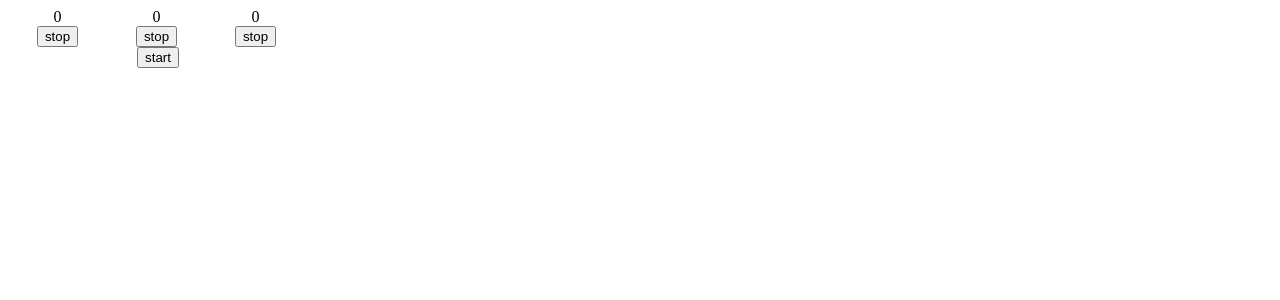
Repository: aoineco/todo-with-gamification
Page: random_reward/slot.html
These files come from the project's save history. The page is drawn as it stood at one moment and after the next save; the edit follows.
The browser window is 1280 px wide. The pictures show the whole page.

Above is the page before, as saved 2022-09-11 09:36:02.

### random_reward/slot.html
<!DOCTYPE html>
<html lang="en">
<head>
    <meta charset="UTF-8">
    <meta http-equiv="X-UA-Compatible" content="IE=edge">
    <meta name="viewport" content="width=device-width, initial-scale=1.0">
    <title>Document</title>
</head>
<body>
    <a href="http://localhost:8888/gamification/random_reward/"></a>
    <script>
        var carr = [{ f: false, v: 0, obj: null }, { f: false, v: 0, obj: null }, { f: false, v: 0, obj: null }];
        var nowStatus = false;
        window.addEventListener("load", function () {
            for (let i = 0; i < carr.length; i++) {
                carr[i].obj = document.getElementById("c" + (i + 1));
            }
            setInterval(interval, 20);//スロットの回転速度
        });
        function interval() {
            if (nowStatus) {
                for (let i = 0; i < carr.length; i++) {
                    if (carr[i].f) {
                        carr[i].v = (carr[i].v + 1) % 10;
                        carr[i].obj.innerHTML = carr[i].v;
                    }
                }
            }
        }
        function start() {
            if (nowStatus) { return; }//一度ストップした数字
            nowStatus = true;
            for (let i = 0; i < carr.length; i++) {
                carr[i].f = true;
            }
        }
        function stop(c) {
            if (nowStatus) {
                carr[c].f = false;
                if (!carr[0].f && !carr[1].f && !carr[2].f) {
                    nowStatus = false;
                    if (carr[0].v == carr[1].v && carr[1].v == carr[2].v) {
                        document.getElementById("char").innerHTML = "あたり";
                    } else {
                        document.getElementById("char").innerHTML = "はずれ";
                    }
                }
            }
        }
    </script>

    <style>
        .w33 {
            width: 33%;
            text-align: center;
        }

        .w100 {
            width: 100%;
            text-align: center;
        }
    </style>

    <div style="display:flex;width:300px;flex-wrap:wrap;">
        <div id="c1" class="w33">0</div>
        <div id="c2" class="w33">0</div>
        <div id="c3" class="w33">0</div>
        <div class="w33"><button onclick="stop(0)">stop</button></div>
        <div class="w33"><button onclick="stop(1)">stop</button></div>
        <div class="w33"><button onclick="stop(2)">stop</button></div>
        <div class="w100"><button onclick="start()">start</button></div>
    </div>
    <div id="char"></div>
</body>
</html>

After the next save:
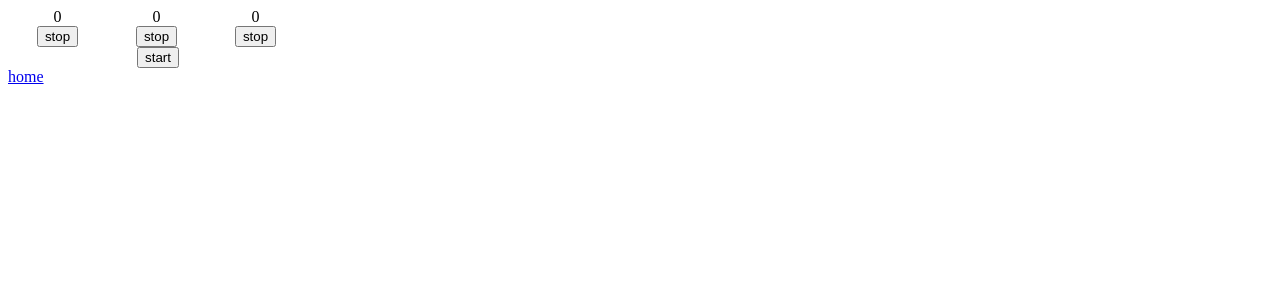
Saved 72 s later.
--- a/random_reward/slot.html
+++ b/random_reward/slot.html
@@ -71,5 +71,6 @@
         <div class="w100"><button onclick="start()">start</button></div>
     </div>
     <div id="char"></div>
+    <a href="http://localhost:8888/gamification/random_reward/">home</a>
 </body>
 </html>
